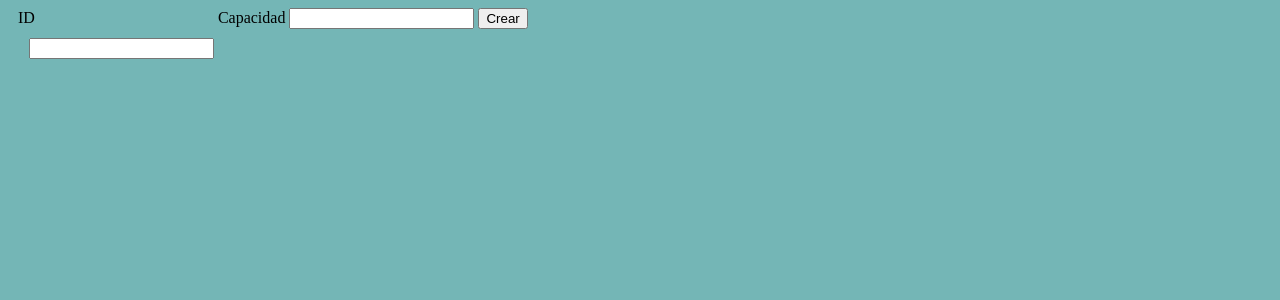
Repository: Robin-Rivadeneira/prueva_pablo
Page: index.html
The author's editor kept a copy of each file at every save. The page is drawn from the files as they stood at one save, then again after the next save.
The browser window is 1280 px wide. The pictures show the whole page.

Above is the page before, as saved 2020-01-16 20:26:45.

After the next save:
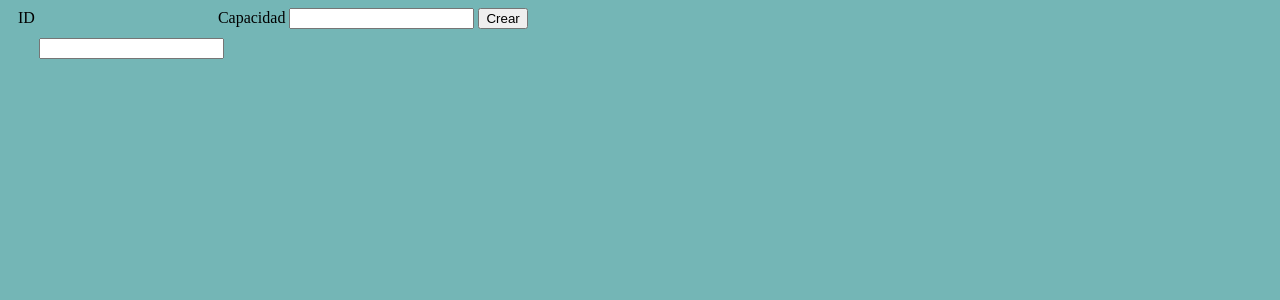
Saved 8 s later.
--- a/css/bomberos.css
+++ b/css/bomberos.css
@@ -8,4 +8,5 @@ body{
 #id{
     position: relative;
     top: 30px;
+    left: 10px;
 }
